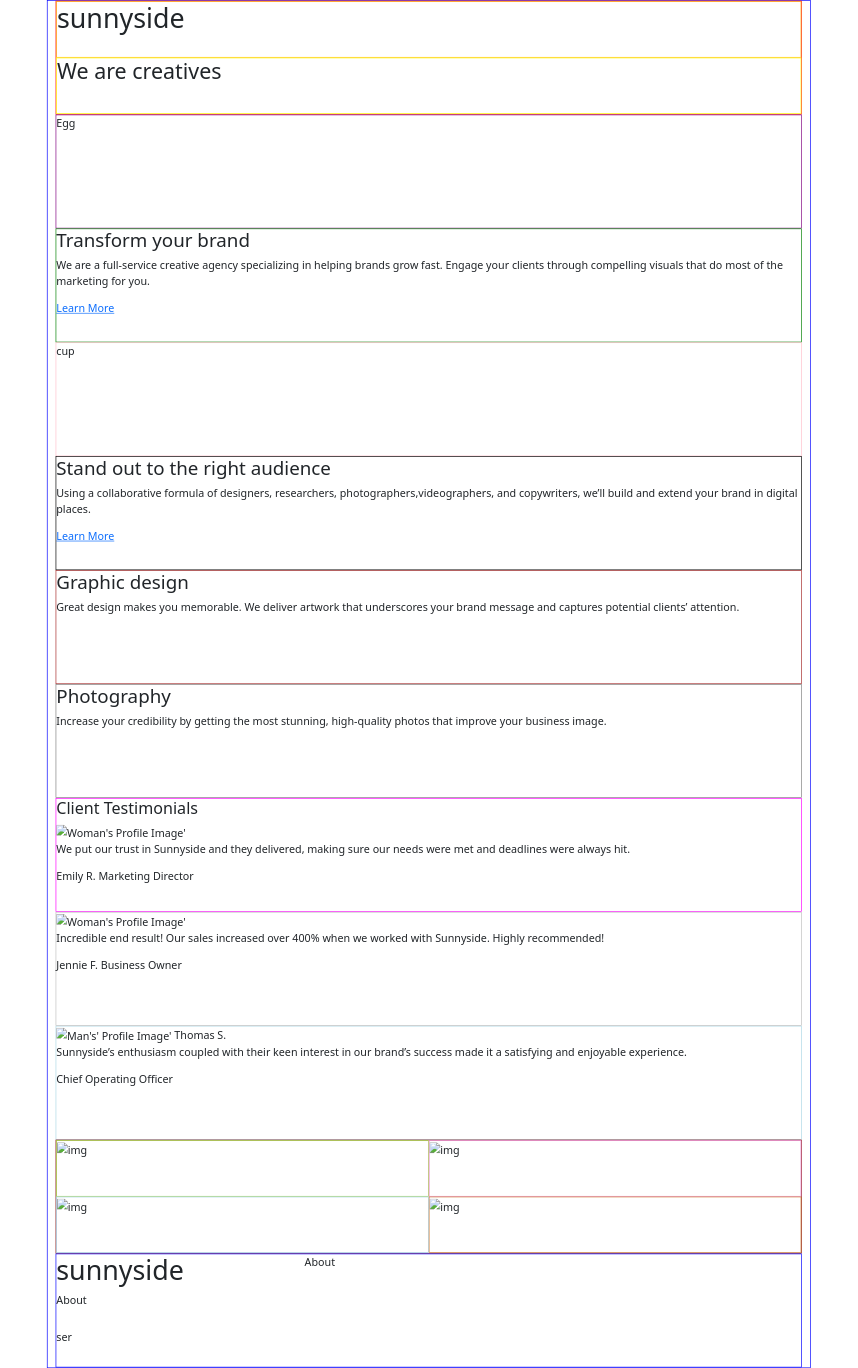
Repository: Roshanell/Sunny-Side-Agency
Page: index.html
An editor plug-in stored every save of this project. The page is shown before and after the next save, followed by the edit.
The browser window is 1280 px wide. The pictures show the whole page, at 67% of full size.

Above is the page before, as saved 2022-07-01 12:46:50.

### index.html
<!doctype html>
<html lang="en">

  <head>
    <meta charset="utf-8">
    <meta name="viewport" content="width=device-width, initial-scale=1">
    <title>Sunny Side Agency</title>
    <link href="https://cdn.jsdelivr.net/npm/bootstrap@5.2.0-beta1/dist/css/bootstrap.min.css" rel="stylesheet"
      integrity="sha384-0evHe/X+R7YkIZDRvuzKMRqM+OrBnVFBL6DOitfPri4tjfHxaWutUpFmBp4vmVor" crossorigin="anonymous">
    <link href="https://fonts.googleapis.com/icon?family=Material+Icons" rel="stylesheet">
    <link rel="stylesheet" href="css/style.css">
  </head>

  <body>
    <div class="container">
      <div class="homePage">
        <div class="header">
          <h1>sunnyside</h1>
        </div>
        <div class="homeContent">
          <h2>We are creatives</h2>
        </div>
      </div>

      <div class="eggArea">
        <p>Egg</p>
      </div>

      <div class="aboutUsInfo">
        <h3>
          Transform your brand
        </h3>
        <p>We are a full-service creative agency specializing in helping brands grow fast. Engage your clients through
          compelling visuals that do most of the marketing for you. </p>
        <span><a href="#">Learn More</a></span>
      </div>

      <div class="cupImage">
        <p>cup</p>
      </div>

      <div class="standOutInfo">
        <h3>Stand out to the right audience</h3>
        <p> Using a collaborative formula of designers, researchers,
          photographers,videographers, and copywriters, we’ll build and extend your brand in digital places. </p>

        <span><a href="#">Learn More</a></span>
      </div>
      <div class="graphicDesign">
        <h3> Graphic design</h3>
        <p>
          Great design makes you memorable. We deliver artwork that underscores your brand message and captures
          potential clients’ attention.
          <!-- background img with words overlay -->
        </p>
      </div>
      <div class="orangeImage">
        <h3>Photography</h3>
        <p> Increase your credibility by getting the most stunning, high-quality photos that improve your business
          image. </p>
        <!-- background img with words overlay -->
      </div>
      <div class="testimonialOne">
        <h4>Client Testimonials</h4>
        <img src="#" alt="Woman's Profile Image'">
        <p>We put our trust in Sunnyside and they delivered, making sure our needs were met and deadlines were always
          hit.</p>
        <span>Emily R.</span>
        <span>Marketing Director</span>
      </div>
      <div class="testimonialThree">
        <img src="#" alt="Man's' Profile Image'">
        <span>Thomas S.</span>
        <p>Sunnyside’s enthusiasm coupled with their keen interest in our brand’s success made it a satisfying and
          enjoyable experience.</p>
        <span>Chief Operating Officer</span>
      </div>
      <div class="testimonialTwo">
        <img src="#" alt="Woman's Profile Image'">
        <p>Incredible end result! Our sales increased over 400% when we worked with Sunnyside. Highly recommended!</p>
        <span>Jennie F.</span>
        <span>Business Owner</span>
      </div>
      <div class="fourImgs">
        <div class="imgOne">
          <img src="#" alt="img">
        </div>
        <div class="imgTwo">
          <img src="#" alt="img">
        </div>
        <div class="imgThree">
          <img src="#" alt="img">
        </div>
        <div class="imgFour">
          <img src="#" alt="img">
        </div>
      </div>

      <div class="footer">
        <h1>sunnyside</h1>
        <span>About</span>
        <span>ser</span>
        <span>About</span>
      </div>
      <div class="logo">
        <!-- <div class="fbIcon">
          <img src="#" alt="#">
        </div>
        <div class="twiterIcon"></div>
        <div class="igIcon"></div>
        <div class="pinterest"></div> -->
      </div>
    </div>




    <!-- Home
Profile
About
Contacts
  -->




    <script src="https://cdn.jsdelivr.net/npm/bootstrap@5.2.0-beta1/dist/js/bootstrap.bundle.min.js"
      integrity="sha384-pprn3073KE6tl6bjs2QrFaJGz5/SUsLqktiwsUTF55Jfv3qYSDhgCecCxMW52nD2" crossorigin="anonymous"
      type="text/javascript" src="js/main.js">


      </script>

  </body>

</html>

### css/style.css
/* Box Model Hack */
* {
  -moz-box-sizing: border-box;
}

/* Clear fix hack */
.clearfix:after {
  content: ".";
  display: block;
  clear: both;
  visibility: hidden;
  line-height: 0;
  height: 0;
}

.clear {
  clear: both;
}

/******************************************
/* BASE STYLES
/*******************************************/

body {
}

/******************************************
/* LAYOUT
/*******************************************/
.container {
  border: solid 1px blue;
  display: grid;
  grid-template-columns: 1fr;
  grid-template-rows: 1fr 1fr 1fr 1fr 1fr 1fr 1fr 1fr 1fr 1fr 1fr 1fr;
  gap: 0px 0px;
  grid-auto-flow: column dense;
  grid-template-areas:
    "homePage"
    "eggArea"
    "aboutUsInfo"
    "cupImage"
    "standOutInfo"
    "graphicDesign"
    "orangeImage"
    "testimonialOne"
    "testimonialTwo"
    "testimonialThree"
    "fourImgs"
    "footer";
}

.homePage {
  border: solid 1px red;
  display: grid;
  grid-template-columns: 1fr;
  grid-template-rows: 1fr 1fr;
  gap: 0px 0px;
  grid-auto-flow: row;
  grid-template-areas:
    "header"
    "homeContent";
  grid-area: homePage;
}

.header {
  border: solid 1px orange;
  grid-area: header;
}

.homeContent {
  border: solid 1px yellow;
  grid-area: homeContent;
}

.eggArea {
  border: solid 1px purple;
  grid-area: eggArea;
}

.aboutUsInfo {
  border: solid 1px green;
  grid-area: aboutUsInfo;
}

.cupImage {
  border: solid 1px pink;
  grid-area: cupImage;
}

.standOutInfo {
  border: solid 1px black;
  grid-area: standOutInfo;
}

.graphicDesign {
  border: solid 1px brown;
  grid-area: graphicDesign;
}

.orangeImage {
  border: solid 1px gray;
  grid-area: orangeImage;
}

.testimonialOne {
  border: solid 1px fuchsia;
  grid-area: testimonialOne;
}

.testimonialThree {
  border: solid 1px lightblue;
  grid-area: testimonialThree;
}

.testimonialTwo {
  border: solid 1px silver;
  grid-area: testimonialTwo;
}

.fourImgs {
  border: solid 1px maroon;
  display: grid;
  grid-template-columns: 1fr 1fr;
  grid-template-rows: 1fr 1fr;
  gap: 0px 0px;
  grid-template-areas:
    "imgOne imgThree"
    "imgTwo imgFour";
  grid-area: fourImgs;
}

.imgOne {
  border: solid 1px yellowgreen;
}
.imgTwo {
  border: solid 1px rgb(228, 122, 199);
}
.imgThree {
  border: solid 1px rgb(158, 207, 232);
}
.imgFour {
  border: solid 1px rgb(205, 122, 50);
}
.footer {
  border: solid 1px blue;
  display: grid;
  grid-auto-flow: column dense;
  grid-template-columns: 1fr 1fr 1fr;
  grid-template-rows: 1fr 1fr 1fr;
  gap: 0px 0px;
  grid-template-areas:
    ". logoName ."
    "about services projects"
    ". logo .";
  grid-area: footer;
}
.logoName {
  grid-area: logoName;
}
.about {
  grid-area: about;
}
.services {
  display: grid;
  grid-template-columns: 1fr 1fr 1fr;
  grid-template-rows: 1fr 1fr 1fr;
  gap: 0px 0px;
  grid-area: services;
}
.projects {
  grid-area: projects;
}
.logo {
  display: grid;
  grid-template-columns: 1fr 1fr 1fr 1fr;
  grid-template-rows: 1fr;
  gap: 0px 0px;
  grid-template-areas: "fbIcon igIcon twitterIcon pinterest";
  grid-area: logo;
}
/*
.fbIcon{
    border: solid 1px silver;
    grid-area: fbIcon;
}
.igIcon{
  border: solid 1px red;
  grid-area: fbIcon;
}
.twitterIcon{
  border: solid 1px midnightblue;
  grid-area: twitterIcon;
}
.pinterest{
  border: solid 1px plum;
  grid-area: pinterest;
} */


/******************************************
/* ADDITIONAL STYLES
/*******************************************/

After the next save:
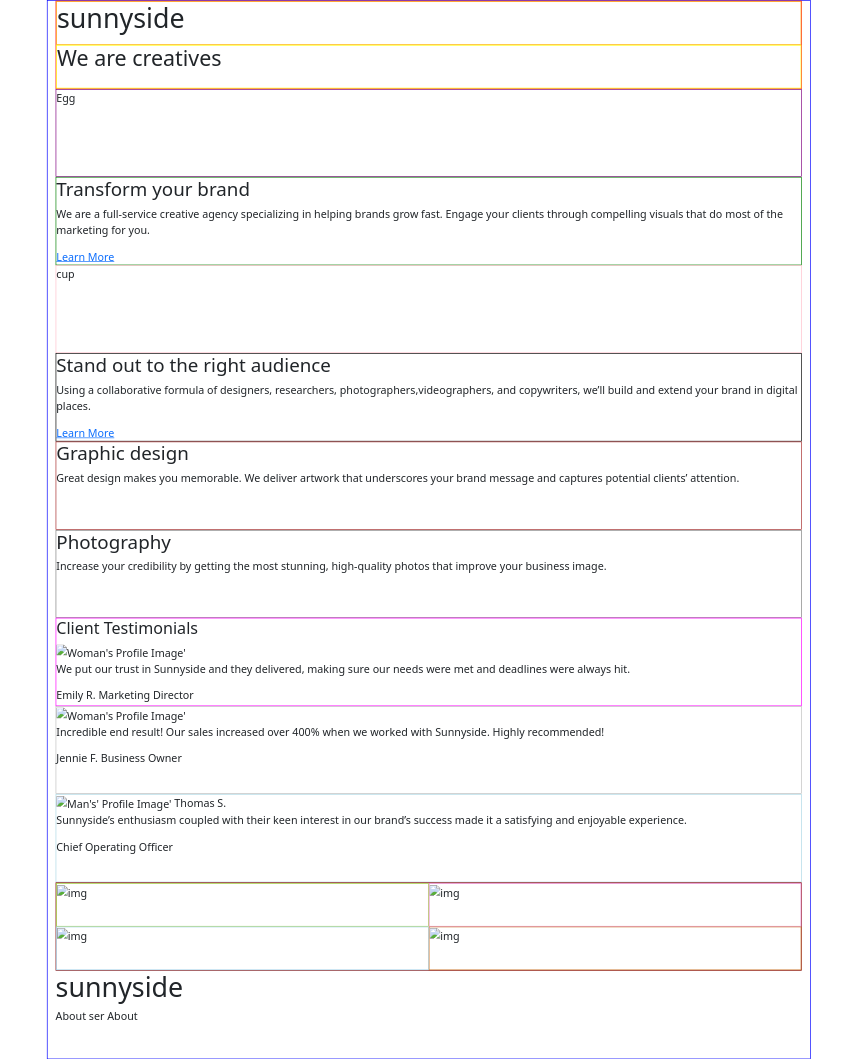
Saved 63 s later.
--- a/css/style.css
+++ b/css/style.css
@@ -142,7 +142,7 @@ body {
   border: solid 1px rgb(205, 122, 50);
 }
 .footer {
-  border: solid 1px blue;
+  /* border: solid 1px blue;
   display: grid;
   grid-auto-flow: column dense;
   grid-template-columns: 1fr 1fr 1fr;
@@ -176,7 +176,7 @@ body {
   grid-template-rows: 1fr;
   gap: 0px 0px;
   grid-template-areas: "fbIcon igIcon twitterIcon pinterest";
-  grid-area: logo;
+  grid-area: logo; */
 }
 /*
 .fbIcon{
